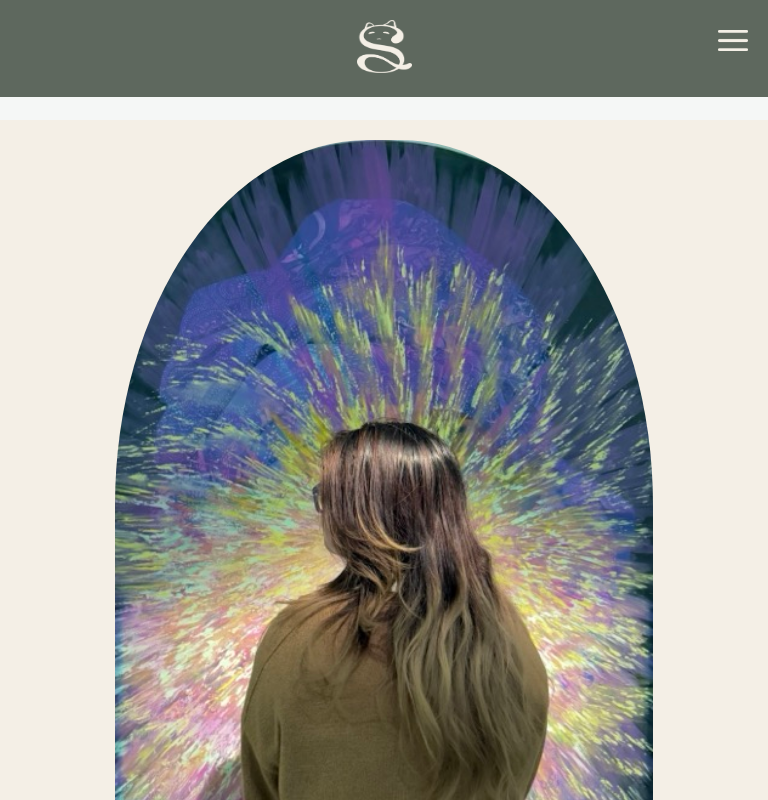
Repository: SandyLy453/portfolio
Page: /
An editor plug-in stored every save of this project. The page is shown before and after the next save, followed by the edit.
The browser window is 768 px wide. The pictures show the whole page.
An inner scrolling area shows only its first screen. The project was rebuilt for these pictures with package versions that can differ from the ones it lists, and the page was loaded fresh each time. The framework's server and built-in components were replaced by stand-ins that run in the browser. Also part of the build but not shown: next.config.mjs, modules/Footer/Footer.module.css, modules/Footer/Footer.js, modules/ProjectCard/ProjectCard.module.css, modules/ProjectCard/Projectcard.js.

Above is the page before, as saved 2025-02-17 17:17:01.

### pages/_app.js
import { useEffect } from "react";
import { useRouter } from "next/router";
import { Playfair_Display, Sen } from 'next/font/google';
import '../styles/globals.css';

const playfairDisplay = Playfair_Display({
  weight: ['400', '900'],
  style: ['normal', 'italic'],
  subsets: ['latin'],
});

const sen = Sen({
  weight: ['400', '700', '800'],
  subsets: ['latin'],
});

export default function App({ Component, pageProps }) {

  const router = useRouter();

  useEffect(() => {
    const handleRouteChangeComplete = (url) => {
        if (url.startsWith("/projects")) {
            window.location.reload();
        } else if (url.startsWith("/project")) {
          window.location.reload();
        }
    };

    router.events.on("routeChangeComplete", handleRouteChangeComplete);

    return () => {
        router.events.off("routeChangeComplete", handleRouteChangeComplete);
    };
}, [router]);


  return (
    <main className={`${playfairDisplay.className} ${sen.className}`}>
      <Component {...pageProps} />
    </main>
  )
}

### pages/_document.js
import { Html, Head, Main, NextScript } from "next/document";


export default function Document() {
  return (
    <Html lang="en">
      <Head>
        <title>San San's Tea Room</title>
        <link rel="icon" href="/favicon.ico" />

        <link rel="preconnect" href="https://fonts.googleapis.com" />
        <link rel="preconnect" href="https://fonts.gstatic.com" crossorigin="anonymous" />
        <link
          href="https://fonts.googleapis.com/css2?family=Playfair+Display:wght@400;900&family=Sen:wght@400;700;800&display=swap"
          rel="stylesheet"
        />
      </Head>
      <body>
        <Main />
        <NextScript />
      </body>
    </Html>
  );
}

### pages/index.js
import Image from "next/image";
import Link from "next/link";
import styles from "@/styles/Home.module.css";
import { useState, useEffect } from "react";
import Header from "@/modules/Header/Header";
import Footer from "@/modules/Footer/Footer";
import ProjectCard from "@/modules/ProjectCard/Projectcard";
import ShowCase from "@/modules/ShowCase/ShowCase";

export default function Home() {

  const projects = [
    {
      photos: ["/aether-cover.png"],
      alt: "Aether cover",
      title: "Aether",
      description: "Case Study - A AI-powered form-filling app",
      date: "September 2024 - December 2024",
      link: "/projects/Aether",
    },
    {
      photos: ["/post1.png", "/post2.png", "/post3.png"],
      alt: "Poster slides show",
      title: "Poster design",
      description:
        "Product design - Series of posters based on the anime/ manga Detective Conan.",
      date: "December 2024",
      link: "/projects/Poster",
    },
    {
      photos: ["/can1.png", "/can2.png", "/can3.png"],
      alt: "Can design slide show",
      title: "DiLo Tea Can",
      description: "Product design - Tea Can",
      date: "November 2024",
      link: "/projects/CanDesign",
    },
    {
      photos: ["/mockup2.png"],
      alt: "Magazine cover",
      title: "Magazine",
      description: "Magazine design - An architectural magazine",
      date: "November 2024",
      link: "/projects/Magazine",
    },
    {
      photos: ["/clotho.png"],
      alt: "Clotho app",
      title: "Clotho",
      description: "Clotho - A closet organize app",
      date: "March 2024 - May 2024",
      link: "/projects/Clotho",
    },
    {
      photos: ["/cam.png"],
      alt: "Camera vector graphic",
      title: "Mechanical Object Vector Graphic",
      description: "Using vector to draw mechanical objects",
      date: "December 2023",
      link: "/projects/MechanicalObject",
    },
  ];

  const [visibleProjects, setVisibleProjects] = useState(6);

  const roles = ["UX/UI Designer", "Digital Designer", "Web Developer"];
  const [text, setText] = useState("");
  const [index, setIndex] = useState(0);
  const [charIndex, setCharIndex] = useState(0);
  const [deleting, setDeleting] = useState(false);

  useEffect(() => {
    const currentRole = roles[index];

    let timeout;

    if (deleting) {
      timeout = setTimeout(() => {
        setText(currentRole.substring(0, charIndex - 1));
        setCharIndex((prev) => prev - 1);
      }, 50);
    } else {
      timeout = setTimeout(() => {
        setText(currentRole.substring(0, charIndex + 1));
        setCharIndex((prev) => prev + 1);
      }, 100);
    }

    if (!deleting && charIndex === currentRole.length) {
      setTimeout(() => setDeleting(true), 1000);
    } else if (deleting && charIndex === 0) {
      setDeleting(false);
      setIndex((prevIndex) => (prevIndex + 1) % roles.length);
    }

    return () => clearTimeout(timeout);
  }, [charIndex, deleting, index, roles]);

  return (
    <>
      <Header/>

      <main className={styles.main}>
        <div className={styles.top}>
          <div className={styles.image}>
            <Image src={'/cover.jpeg'} alt="cover photo" className={styles.coverPhoto} width={300} height={420} />
          </div>

          <div className={styles.info}>
            <p className={styles.role}>Hello!</p>
            <p className={styles.role}>I am <span className={styles.name}>Sandy</span>, a</p>
            <p className={styles.role}>
              {text}
              <span className={styles.cursor}>|</span>
            </p>
            <Image src={'/hi.GIF'} alt="greeting gif" className={styles.gif} width={294} height={129} />
          </div>
        </div>

        <ShowCase/>

        <div className={styles.sectionBreaker}>
          <span> Let's connect! </span>
        </div>

        <div className={styles.connect}>
          <Link
            className={styles.link}
            href={"mailto:sandy.lyth453@gmail.com"}
            target="_blank"
          >
            <p className={styles.connectInfo}>Email</p>
          </Link>
          <Link
            className={styles.link}
            href={"https://www.instagram.com/sansan_lyth?igsh=MThxOTR1ZTlyY3R1dw%3D%3D&utm_source=qr"}
            target="_blank"
          >
            <p className={styles.connectInfo}>Instagram</p>
          </Link>
          <Link
            className={styles.link}
            href={"https://www.linkedin.com/in/boisan-sandy-ly/"}
            target="_blank"
          >
            <p className={styles.connectInfo}>LinkedIn</p>
          </Link>
          <Link
            className={styles.link}
            href={"/Sandy_Ly_Resume.pdf"}
            target="_blank"
          >
            <p className={styles.connectInfo}>Resume</p>
          </Link>
        </div>
      </main>

      <footer className={styles.footer}>
        <p className={styles.copyright}>© Made by Sandy Ly • 2025</p>
      </footer>
    </>
  );
}

### styles/globals.css
:root {
  --mauveMorn: #ecd6d6;
  --mauveShadow: #B59BA6;
  --moss: #5E7975;
  --brightWhite: #f5f7f6;
  --white: #fff;

  --spaBlue: #D3DEDF;
  --forest: #5E685E;
  --midnight: #3D4D55;
  --stormCloud: #676767;
  --cream: #f4EFE6;
  --cloud: #FEFCF6;
}

html,
body {
  padding: 0;
  margin: 0;
  background-color: #f5f7f6;
  width: 100vw;
  height: 100vh;
  overflow-x: hidden;
  scroll-behavior: auto;

  font-family: "Playfair Display", serif;
  font-optical-sizing: auto;
  color: var(--stormCloud);
  cursor: url('/hehe.webp') 16 16, auto;
}

header {
  margin: 0;
  padding: 0;
  box-sizing: border-box;
}

* {
  margin: 0;
  padding: 0;
  box-sizing: border-box; /* Reset styles for all elements */
}

h1, h2, h3, h4, h5, span {
  font-family: "Playfair Display", serif;
}

a, button {
  cursor: url('/haha.webp') 16 16, pointer;
}

### styles/Home.module.css
.page {
  margin: 0;
  padding: 0;
}

.main {
  min-height: 100vh;
  width: 70vw;
  margin: auto;
  margin-top: 0;
  margin-top: 120px;
}

.top {
  width: 100%;
  min-height: 480px;
  background-color: var(--cream);
  align-items: center;
  display: flex;
  flex-direction: row;
  padding: 0;
  flex-wrap: wrap;
  justify-content: center;
}

.coverPhoto {
  border-radius: 47% 47% 0 0;
  margin: 0 6rem;
  position: relative;
  bottom: -30px;
}

.info {
  text-align: center;
  margin-top: 100px;
  width: 30vw;
}

.name {
  font-size: 54px;
  color: #C69491;
  font-weight: 600;
  font-family: "Playfair Display", serif;
}

.role {
  font-size: 44px;
  color: #7D9094;
  font-weight: 500;
}

.loca {
  font-size: 20px;
  color: #7D9094;
  padding-top: 10px;
}

.gif {
  position: relative;
  bottom: -36px;
}


.sectionBreaker {
  display: flex;
  align-items: center;
  justify-content: center;
  margin: 40px 0;
  position: relative;
}

.sectionBreaker::before,
.sectionBreaker::after {
  content: "";
  flex: 1;
  height: 2px;
  background: #d3d3d3;
  margin: 0;
}

.sectionBreaker span {
  color: #7D9094;
  margin: 0 10px;
  font-size: 20px;
  font-style: italic;
}

.pjSection {
  display: flex;
  flex-direction: row;
  flex-wrap: wrap;
  justify-content:space-between;
  align-items: flex-start;
  margin: 0 auto;
  margin-bottom: 50px;
  gap: 1rem;
  max-width: 1350px;
}

.connect {
  margin-bottom: 200px;
}

.link {
  text-decoration: none;
  color: var(--mauveShadow);
  width: 100%;
  font-weight: 500;
}

.link:hover {
  color: var(--forest);
  font-weight: 900;
}

.connectInfo {
  font-size: 54px;
  margin: 20px 0;
  font-family: "Playfair Display", serif;
  position: relative;
  display: inline-block;
  padding: 10px 20px;
  text-decoration: none;
  width: 100%;
  overflow: hidden;
  transition: color 0.3s ease-in-out, font-weight 0.3s ease-in-out;
  font-weight: 500;
}

/* Background gradient effect */
.connectInfo::before {
  content: "";
  position: absolute;
  top: 0;
  left: -100%;
  width: 100%;
  height: 100%;
  background: linear-gradient(to right, rgba(0, 0, 0, 0.1), rgba(0, 0, 0, 0.3));
  transition: left 0.4s ease-in-out;
  z-index: -1; /* Ensure background does not cover text */
}

/* Make background visible when hovering */
.connectInfo:hover::before,
.connectInfo:active::before {
  left: 0;
}

/* Text color and weight on hover */
.connectInfo:hover {
  color: var(--forest); /* Hover text color */
  font-weight: 900;
}

/* Arrow effect */
.connectInfo::after {
  content: " →";
  opacity: 0;
  position: absolute;
  right: 10px;
  top: 50%;
  transform: translateY(-50%);
  transition: opacity 0.3s ease-in-out, transform 0.3s ease-in-out;
  color: var(--forest); /* Match hover color */
}

/* Show arrow and move slightly right when hovering */
.connectInfo:hover::after,
.connectInfo:active::after {
  opacity: 1;
  transform: translate(8px, -50%);
}


.footer {
  margin-bottom: 20px;
}

.copyright {
  text-align: center;
  font-style: italic;
  color: var(--forest);
  width: 100%;
}





@media screen and (max-width: 1460px) {
  .pjSection {
    gap: 20px;
  }

  .main {
    width: 80vw;
  }

  .coverPhoto {
    margin: 0 1rem;
    bottom: -32px;
  }

  .info {
    margin-top: 50px;
  }

  .gif {
    bottom: -6.4rem;
  }

  .name {
    font-size: 36px;
  }

  .role {
    font-size: 20px;
  }

  .loca {
    font-size: 18px;
  }

  .pjSection {
    gap: 15px;
    justify-content: center;
  }
}



@media screen and (max-width: 768px) {
  .main {
    width: 100vw;
  }

  .coverPhoto {
    margin: 0 auto;
    bottom: -20px;
    width: 70vw;
    height: auto;
  }

  .info {
    margin-top: 50px;
    width: 90vw;
  }

  .name {
    font-size: 36px;
  }

  .role {
    font-size: 20px;
  }

  .loca {
    font-size: 18px;
  }

  .pjSection {
    gap: 15px;
    justify-content: center;
  }

  .gif {
    position: relative;
    bottom: -4px;
    margin-top: 10px;
  }
}

### modules/Header/Header.js
import Image from "next/image";
import Link from "next/link";
import styles from './Header.module.css';
import { useState, useRef } from "react";

export default function Header() {
    const audioRef = useRef(null);
    const [menuOpen, setMenuOpen] = useState(false);

    const playSound = () => {
        if (audioRef.current) {
            audioRef.current.currentTime = 0;
            audioRef.current.play().catch(error => console.log("Audio playback error:", error));
        }
    };

    return (
        <header className={`${styles.header} ${menuOpen ? styles.headerExpanded : ""}`}>
            {/* Logo */}
            <div className={styles.logo}>
                <Link href={'/'}>
                    <Image
                        src={'/logo.png'}
                        alt="logo"
                        className={styles.logo}
                        width={55}
                        height={53}
                        onMouseEnter={playSound}
                    />
                </Link>
            </div>

            {/* Hamburger / Arrow Toggle */}
            <button className={styles.hamburger} onClick={() => setMenuOpen(!menuOpen)}>
                <Image
                    src={menuOpen ? "/menuOpen.png" : "/menuIcon.png"}
                    alt="Menu Toggle"
                    width={30}
                    height={21}
                />
            </button>

            {/* Menu Items (Expands inside header) */}
            <nav className={`${styles.menu} ${menuOpen ? styles.menuExpanded : ""}`}>
                <p className={styles.menuOption}><Link href={'/'} className={styles.link}>Home</Link></p>
                <p className={styles.menuOption}><Link href={'/project'} className={styles.link}>Projects</Link></p>
                <p className={styles.menuOption}><Link href={'/about'} className={styles.link}>About me</Link></p>
            </nav>

            <audio ref={audioRef} src="/cat.wav" preload="auto"></audio>
        </header>
    );
}

### modules/ShowCase/ShowCase.js
import Image from "next/image";
import { useState, useEffect, useRef } from "react";
import styles from './ShowCase.module.css';
import Link from "next/link";

export default function ShowCase() {
    const tags = ["Me", "UX/UI", "Graphic"];
    const images = {
        "Me": "/me.png",
        "UX/UI": "/uxui.png",
        "Graphic": "/3can.png",
    };
    const bigText = ["Sandy", "App Design", "Graphic Design"];
    const smallText = [
        "",
        "",
        ""
    ];
    const linkPath = ["/about", "/project", "/project"];
    const linkText = ["About Me →", "See More Project →", "See More Project →"];

    const [activeIndex, setActiveIndex] = useState(0);
    const [isFading, setIsFading] = useState(false);
    const [isPaused, setIsPaused] = useState(false);
    const intervalRef = useRef(null);

    const startLoop = () => {
        clearInterval(intervalRef.current);
        intervalRef.current = setInterval(() => {
            setIsFading(true);
            setTimeout(() => {
                setActiveIndex((prevIndex) => (prevIndex + 1) % tags.length);
                setIsFading(false);
            }, 500);
        }, 4000);
    };

    useEffect(() => {
        if (!isPaused) startLoop();
        return () => clearInterval(intervalRef.current);
    }, [isPaused]);

    const handlePause = (index) => {
        clearInterval(intervalRef.current);
        setIsPaused(true);
        setActiveIndex(index);
        setIsFading(false);
    };

    const handleResume = () => {
        setIsPaused(false);
    };

    return (
        <div className={styles.container}>
            <div className={styles.tagBox}>
                {tags.map((tag, index) => (
                    <div
                        key={tag}
                        className={`${styles.tag} ${activeIndex === index ? styles.active : ""}`}
                        onMouseEnter={() => handlePause(index)}
                        onMouseLeave={handleResume}
                        onTouchStart={() => handlePause(index)}
                        onTouchEnd={handleResume}
                    >
                        <p>{tag}</p>
                    </div>
                ))}
            </div>

            <div className={styles.right}>
                <div className={styles.photoBox}>
                    <Image
                        key={tags[activeIndex]}
                        src={images[tags[activeIndex]]}
                        alt={tags[activeIndex]}
                        width={600}
                        height={460}
                        className={`${styles.photo} ${isFading ? styles.fadeOut : styles.fadeIn}`}
                    />

                    <div className={styles.gradient}></div>
                    <div className={styles.text}>
                        <p className={styles.big}>{bigText[activeIndex]}</p>
                        <p className={styles.small}>{smallText[activeIndex]}</p>
                        <Link href={linkPath[activeIndex]} className={styles.littleLink}>
                            {linkText[activeIndex]}
                        </Link>
                    </div>
                </div>

                {/* <div className={styles.loadMoreContainer}>
                    <Link href="/project" passHref>
                        <button className={styles.loadMoreButton}>
                            More Projects
                        </button>
                    </Link>
                </div> */}
            </div>
        </div>
    );
}

### modules/Header/Header.module.css
.header {
    margin: 0 auto;
    width: 70vw;
    height: 120px;
    background-color: var(--forest);
    padding: 20px 50px;
    display: flex;
    flex-direction: row;
    justify-content: space-between;
    align-items: flex-end;
    position: fixed;
    right: 15vw;
    top: 0;
    z-index: 999;
    transition: height 0.3s ease-in-out;
}

.headerExpanded {
    height: 250px;
}

.menu {
    display: flex;
    flex-direction: row;
    gap: 50px;
    opacity: 1;
    transition: opacity 0.3s ease-in-out;
}

.menuExpanded {
    display: flex;
    flex-direction: column;
    align-items: flex-end;
    gap: 10px;
    width: 100%;
}


.menuOption {
    font-size: 20px;
    font-weight: 600;
}

.link {
    text-decoration: none;
    color: var(--cream);
    font-family: "Playfair Display", serif;
}

.link:hover {
    color: var(--midnight);
}

.hamburger {
    display: none;
    background: none;
    border: none;
    cursor: pointer;
}


@media screen and (max-width: 1460px) {
    .header {
        width: 80vw;
        right: 10vw;
    }
}

@media screen and (max-width: 768px) {
    .header {
        width: 100vw;
        right: 0;
        display: flex;
        flex-direction: column;
        align-items: center;
        justify-content: flex-start;
        height: auto;
    }

    .hamburger {
        display: block;
        position: absolute;
        right: 20px;
        top: 30px;
        z-index: 10;
    }

    .menu {
        display: none;
        flex-direction: column;
        align-items: center;
        width: 100%;
        opacity: 0;
        transform: scaleY(0);
        transition: transform 0.3s ease-in-out, opacity 0.3s ease-in-out;
    }

    .menuExpanded {
        display: flex;
        opacity: 1;
        transform: scaleY(1);
    }


}

### modules/ShowCase/ShowCase.module.css
.container {
    margin: auto;
    margin-top: 50px;
    display: flex;
    flex-direction: row;
    justify-content: center;
    align-items: center;
    gap: 30px;
}

.tagBox {
    display: flex;
    justify-content: center;
    align-items: center;
    flex-direction: column;
}

.tag, .active {
    width: 100px;
    height: 100px;
    background-color: var(--cream);
    border-radius: 50%;
    display: flex;
    justify-content: center;
    align-items: center;
    margin: 10px;
    cursor: url('/haha.webp') 16 16, pointer;
    transition: background-color 0.3s ease-in-out, transform 0.2s ease-in-out;
}

.tag:hover, .active {
    background-color: var(--forest);
    transform: scale(1.05);
}

.tag p, .active p {
    color: var(--mauveShadow);
    opacity: 80%;
}

.tag:hover p, .active p {
    color: var(--mauveMorn);
    opacity: 100%;
}

.photoBox {
    width: 50vw;
    max-width: 1000px;
    aspect-ratio: 20 / 11;
    position: relative;
    display: flex;
    align-items: center;
    justify-content: center;
    overflow: hidden;
}

.photo {
    width: 100%;
    height: 100%;
    border-radius: 20px;
    object-fit: cover;
    position: absolute;
    transition: opacity 0.5s ease-in-out;
}

.fadeIn {
    opacity: 1;
}

.fadeOut {
    opacity: 0;
}

.loadMoreContainer {
    margin-top: 20px;
    display: flex;
    flex-direction: column;
    justify-content: flex-end;
    align-items: flex-end;
  }

  .loadMoreButton {
    height: 40px;
    width: 150px;
    background-color: var(--cream);
    color: var(--forest);
    border: 1px solid var(--forest);
    font-size: 18px;
    align-items: center;
    border-radius: 10px;
    margin-bottom: 50px;
  }

  .loadMoreButton:hover {
    background-color: var(--forest);
    color: var(--cream);
  }

  .gradient {
    position: absolute;
    top: 0;
    left: 0;
    width: 100%;
    height: 100%;
    background: linear-gradient(360deg, rgba(2,0,36,1) 0%, rgba(255,255,255,0) 55%);
    z-index: 2;
    pointer-events: none;
    border-radius: 20px;
}

.text {
    position: absolute;
    bottom: 0;
    right: 0;
    width: 100%;
    padding: 20px;
    color: white;
    z-index: 3;
    width: 50vw;
    max-width: 1000px;
    text-align: right;
}

.littleLink {
    text-decoration: underline;
    color: white;
    font-style: italic;
    margin: 20px 0;
}

.big {
    font-family: "Playfair Display", serif;
    font-size: 18px;
    margin: 15px 0;
    font-weight: 700;
}

.small {
    font-size: 15px;
    margin: 15px 0;
}

Loaded but not shown: pages/api/hello.js (common file)

After the next save:
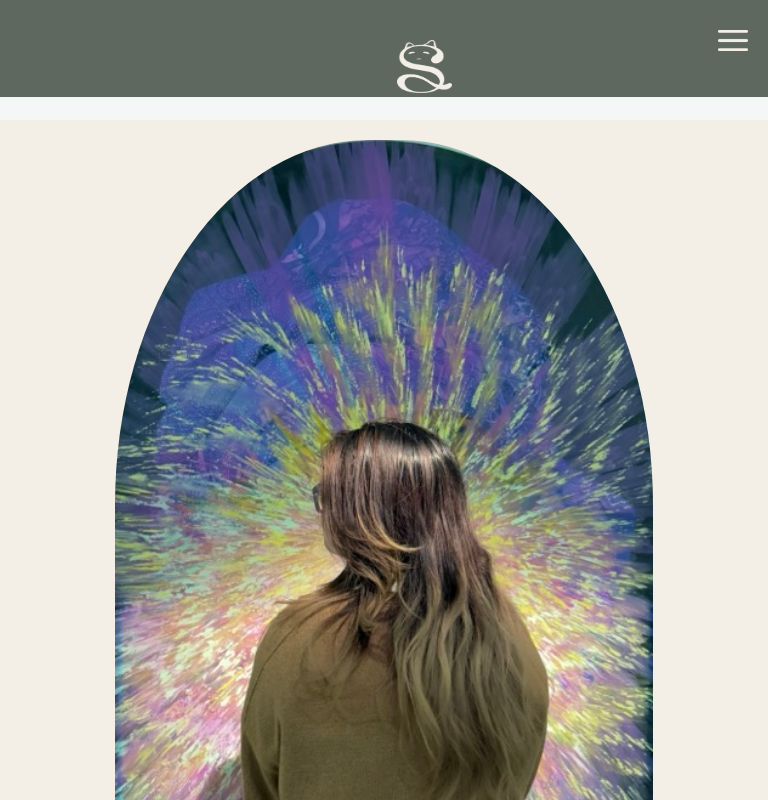
Saved 24 s later.
--- a/modules/Header/Header.module.css
+++ b/modules/Header/Header.module.css
@@ -101,5 +101,9 @@
         transform: scaleY(1);
     }
 
-
+    .logo {
+        position: relative;
+        top: 10px;
+        left: 20px;
+    }
 }
